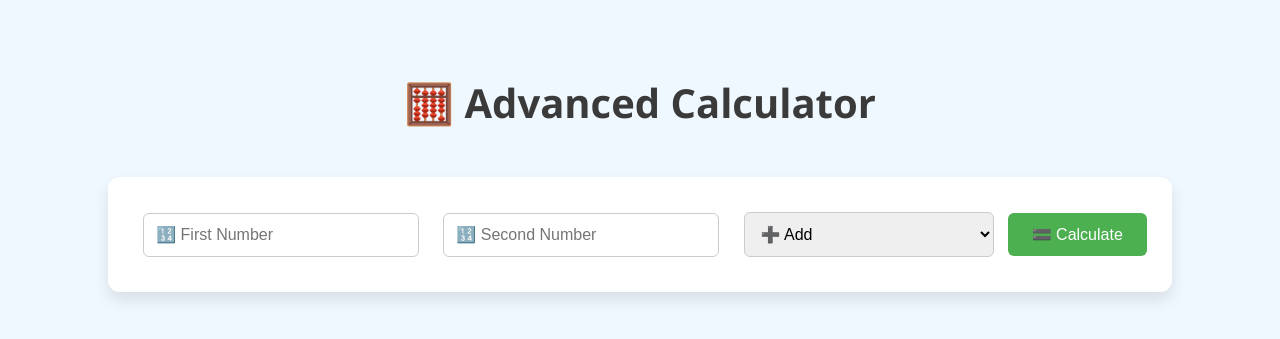
Repository: Shivamupa48/Java-Servlet-Project-
Page: http://localhost/MyWebCalc/index.jsp
An editor plug-in stored every save of this project. The page is shown before and after the next save, followed by the edit.
The browser window is 1280 px wide. The pictures show the whole page.
The page is served by Tomcat 10. Other server files are loaded and not shown.

Above is the page before, as saved 2025-07-28 06:05:46.

### MyWebCalc/src/main/webapp/index.jsp
<%@ page contentType="text/html;charset=UTF-8" %>
<!DOCTYPE html>
<html>
<head>
    <title>🧮 Advanced Calculator</title>
    <link rel="stylesheet" href="style.css">
</head>
<body>
    <h1>🧮 Advanced Calculator</h1>

    <form method="post" action="CalculatorServlet">
        <input type="text" name="num1" placeholder="🔢 First Number" required />
        <input type="text" name="num2" placeholder="🔢 Second Number" required />

        <select name="operator" required>
            <option value="add">➕ Add</option>
            <option value="subtract">➖ Subtract</option>
            <option value="multiply">✖️ Multiply</option>
            <option value="divide">➗ Divide</option>
        </select>

        <button type="submit">🟰 Calculate</button>
    </form>

    <p class="error">
        <%= request.getAttribute("error") != null ? request.getAttribute("error") : "" %>
    </p>
</body>
</html>

### MyWebCalc/src/main/webapp/style.css
body {
    font-family: 'Segoe UI', sans-serif;
    background: #f0f8ff;
    text-align: center;
    padding: 40px;
    color: #333;
}

h1 {
    font-size: 2.5em;
    color: #3a3a3a;
}

form {
    background: #ffffff;
    padding: 25px;
    display: inline-block;
    border-radius: 12px;
    box-shadow: 0 8px 15px rgba(0, 0, 0, 0.1);
    margin-top: 20px;
}

input, select {
    padding: 12px;
    margin: 10px;
    width: 250px;
    font-size: 16px;
    border-radius: 6px;
    border: 1px solid #ccc;
}

button {
    padding: 12px 24px;
    background-color: #4CAF50;
    color: white;
    border: none;
    font-size: 16px;
    border-radius: 6px;
    cursor: pointer;
}

button:hover {
    background-color: #45a049;
}

.error {
    color: red;
    margin-top: 15px;
}

.result {
    font-size: 24px;
    color: #0066cc;
    margin-bottom: 20px;
}

a.btn {
    text-decoration: none;
    padding: 10px 20px;
    background-color: #f39c12;
    color: white;
    border-radius: 5px;
    font-weight: bold;
}

After the next save:
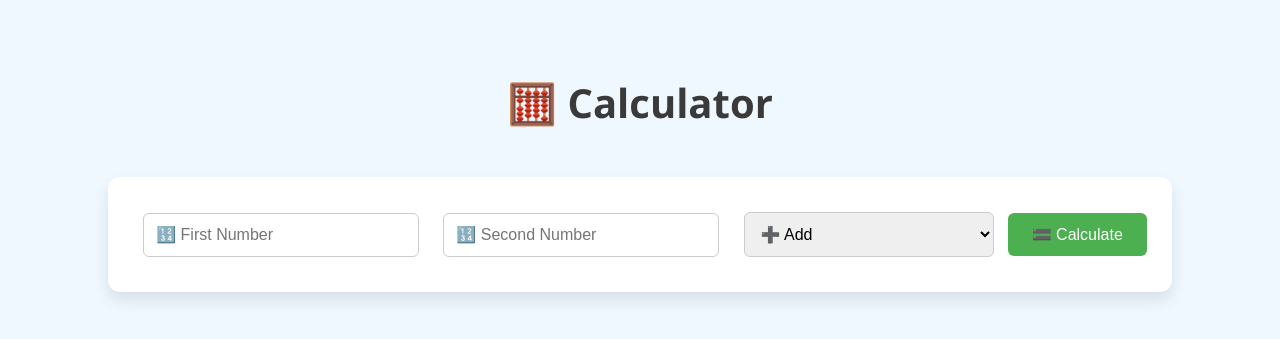
Saved 96 s later.
--- a/MyWebCalc/src/main/webapp/index.jsp
+++ b/MyWebCalc/src/main/webapp/index.jsp
@@ -2,11 +2,11 @@
 <!DOCTYPE html>
 <html>
 <head>
-    <title>🧮 Advanced Calculator</title>
+    <title>🧮  Calculator</title>
     <link rel="stylesheet" href="style.css">
 </head>
 <body>
-    <h1>🧮 Advanced Calculator</h1>
+    <h1>🧮  Calculator</h1>
 
     <form method="post" action="CalculatorServlet">
         <input type="text" name="num1" placeholder="🔢 First Number" required />
